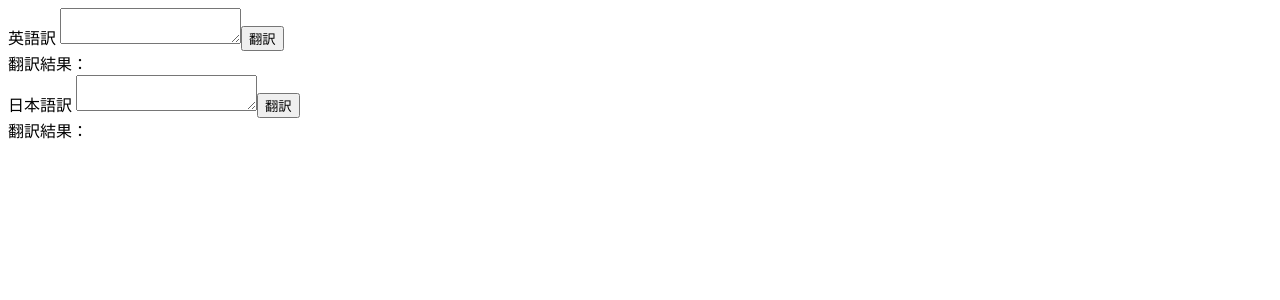
Repository: Reiya-1003/NuxtTS-Translate
Page: /
An editor plug-in stored every save of this project. The page is shown before and after the next save, followed by the edit.
The browser window is 1280 px wide. The pictures show the whole page.
The project was rebuilt for these pictures with package versions that can differ from the ones it lists, and the page was loaded fresh each time. The framework's server and built-in components were replaced by stand-ins that run in the browser. Also part of the build but not shown: nuxt.config.js, components/item.vue. Imported but missing from the stored project, and not drawn on this page: plugins/firebase.

Above is the page before, as saved 2022-01-27 14:19:31.

After the next save:
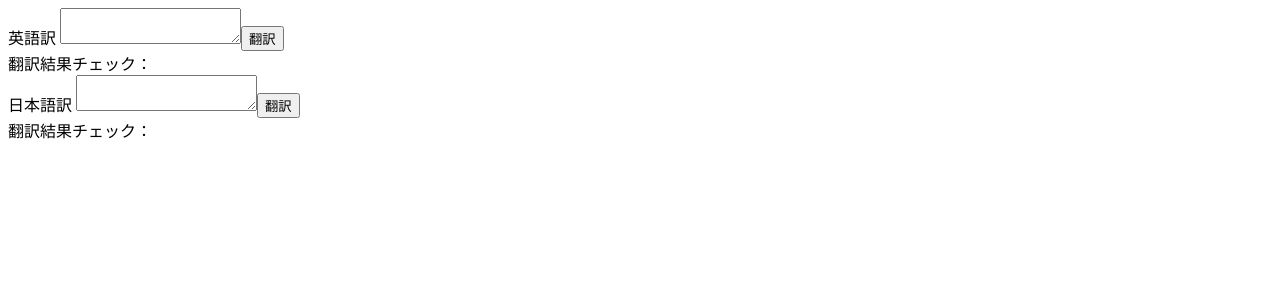
Saved 35 s later.
--- a/pages/index.vue
+++ b/pages/index.vue
@@ -5,7 +5,7 @@
        <textarea v-model="japan"></textarea>
        <button type="button" @click="Enchange">翻訳</button>
      </form>
-     <div>翻訳結果：{{Enitems.text}}</div>
+     <div>翻訳結果チェック：{{Enitems.text}}</div>
 
 
      </div>
@@ -14,7 +14,7 @@
        <textarea v-model="english"></textarea>
        <button type="button" @click="Jachange">翻訳</button>
      </form>
-     <div>翻訳結果：{{Jaitems.text}}</div>
+     <div>翻訳結果チェック：{{Jaitems.text}}</div>
 
 
      </div>
